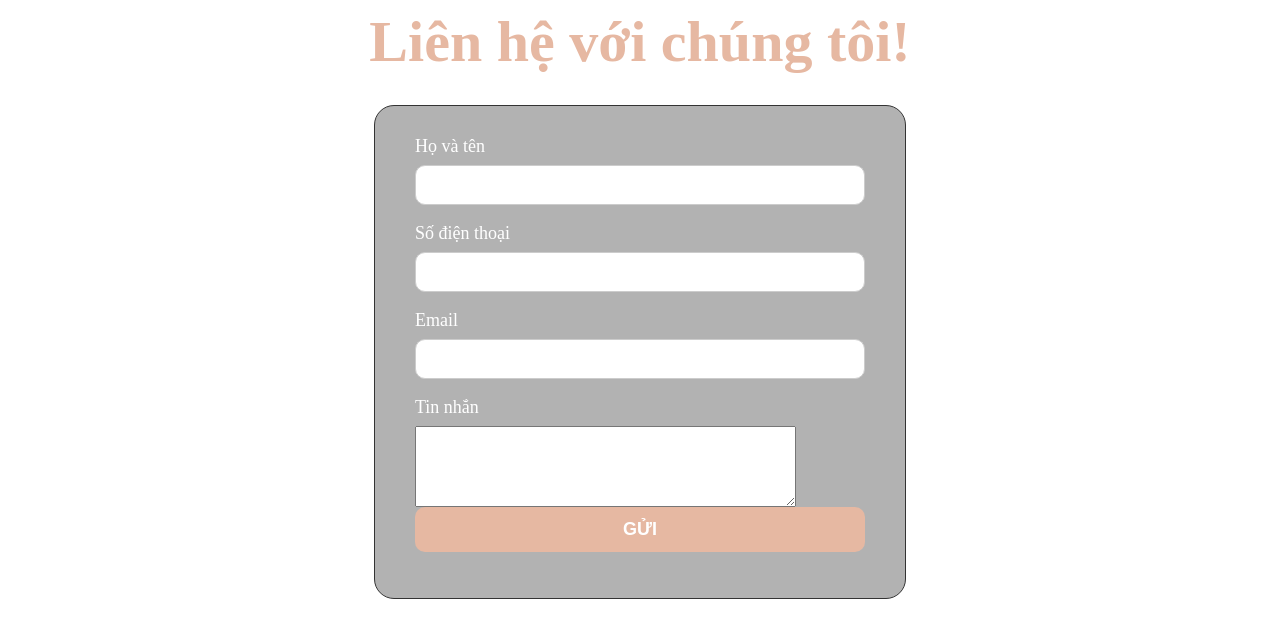
Repository: mingbeo100-boop/website_bancheonline
Page: http://localhost/pages/lienhe.php
The author's editor kept a copy of each file at every save. The page is drawn from the files as they stood at one save, then again after the next save.
The browser window is 1280 px wide. The pictures show the whole page.
The page is run by PHP 8.4 with error messages shown; the project is at /var/www/html/.

Above is the page before, as saved 2025-11-27 08:14:59.

### pages/lienhe.php
<style>
    h1 {
        font-family: 'Dancing Script', cursive;
        color: #E6B8A2;
        font-size: 58px;
        text-align: center;
        margin-bottom: 30px;
    }

    .decor-form {
        background: rgba(0, 0, 0, 0.3);
        padding: 30px 40px;
        border-radius: 20px;
        max-width: 450px;
        margin: auto;
        border: 1px solid #333;
        backdrop-filter: blur(3px);
    }

    label {
        color: white;
        font-size: 18px;
        margin-bottom: 8px;
        display: block;
    }

    input {
        width: 100%;
        padding: 10px 12px;
        margin-bottom: 18px;
        border-radius: 10px;
        border: 1px solid #ccc;
        font-size: 16px;
        outline: none;
    }

    input:focus {
        border-color: #E6B8A2;
        box-shadow: 0 0 5px #E6B8A2;
    }

    button {
        width: 100%;
        padding: 12px;
        background-color: #E6B8A2;
        color: white;
        border: none;
        font-size: 18px;
        font-weight: bold;
        border-radius: 10px;
        cursor: pointer;
        transition: 0.3s;
    }

    button:hover {
        background-color: #d9a48f;
    }
</style>

<h1>Liên hệ với chúng tôi!</h1>

<div class="decor-form">
    <form>
        <label>Họ và tên</label>
        <input type="text" name="name" required>

        <label>Số điện thoại</label>
        <input type="tel" name="number" required>

        <label>Email</label>
        <input type="email" name="email" required>

        <label>Tin nhắn</label>
        <textarea name="message" rows="5" cols="45"></textarea>

        <button type="submit">GỬI</button>
    </form>
</div>

After the next save:
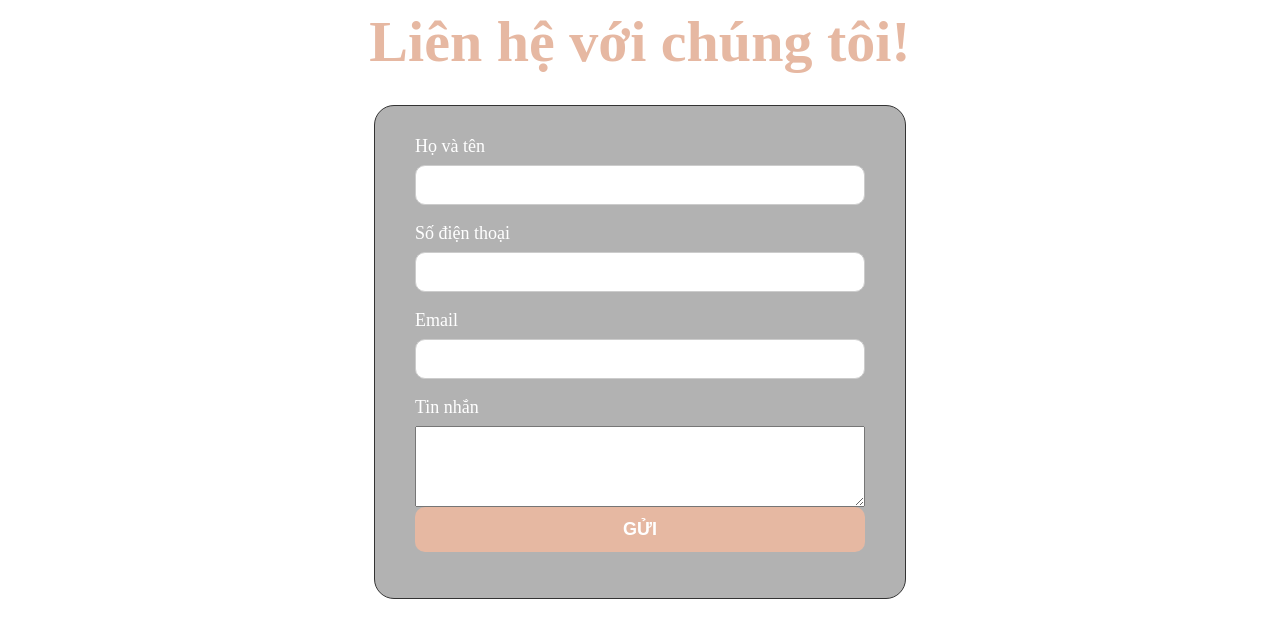
Saved 107 s later.
--- a/pages/lienhe.php
+++ b/pages/lienhe.php
@@ -55,6 +55,10 @@
     button:hover {
         background-color: #d9a48f;
     }
+
+    textarea {
+        width: 100%;
+    }
 </style>
 
 <h1>Liên hệ với chúng tôi!</h1>
